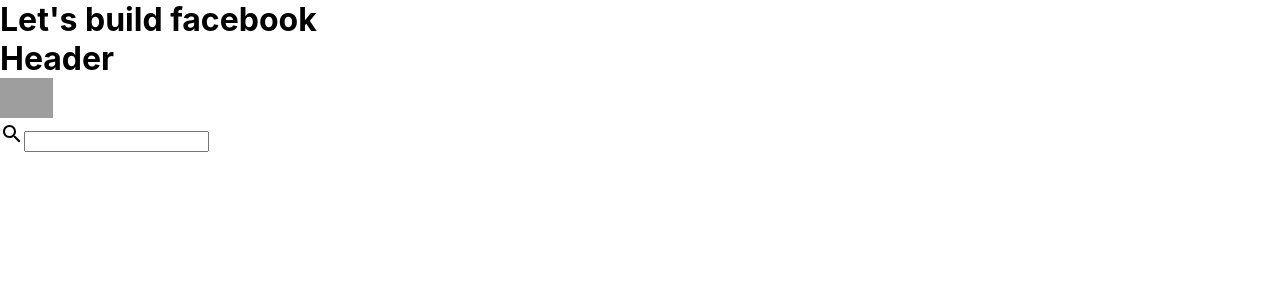
Repository: exiled-kal/FaceBook
Page: /
The author's editor kept a copy of each file at every save. The page is drawn from the files as they stood at one save, then again after a run of saves.
The browser window is 1280 px wide. The pictures show the whole page.
Pictures or frames that could not be fetched are drawn as grey boxes. The project was rebuilt for these pictures with package versions that can differ from the ones it lists, and the page was loaded fresh each time. Also part of the build but not shown: src/App.css.

Above is the page before, as saved 2020-08-29 21:36:07.

### src/App.js
import React from 'react';
import './App.css';
import Header from './Header';

function App() {
  return (
    <div className="app">
      <h1>Let's build facebook</h1>

      {/* Header */}
      <Header />
      {/* App Body */}
      {/* SideBar */}
      {/* Feed */}
      {/* Widget */}
    </div>
  );
}

export default App;

### src/Header.js
import React from 'react';
import './Header.css';
import SearchIcon from '@material-ui/icons/Search';
import HomeIcon from '@material-ui/icons/Home';
import FlagIcon from '@material-ui/icons/Flag';
import SubscriptionOutlinedIcon from '@material-ui/icons/SubscriptionsOutlined';
import StorefrontOutlinedIcon from '@material-ui/icons/StorefrontOutlined';
import SupervisedUserCircleIcon from '@material-ui/icons/SupervisedUserCircle';

function Header() {
  return (
    <div className="header">
      <h1>Header</h1>
      <div className="header__left">
        <img
          src="https://facebookbrand.com/wp-content/uploads/2019/04/f_logo_RGB-Hex-Blue_512.png?w=512&h=512"
          alt=""
        />
        <div className="header__input">
          <SearchIcon />
          <input type="text" />
        </div>
      </div>

      <div className="header__middle">
        <div className="header__option">

        </div>
      </div>

      <div className="header__right"></div>
    </div>
  );
}

export default Header;

### src/Header.css
.header__left > img {
  height: 40px;

}

Loaded but not shown: public/index.html (common file); src/index.js (common file); src/index.css (common file); src/serviceWorker.js (common file)

After the next 7 saves:
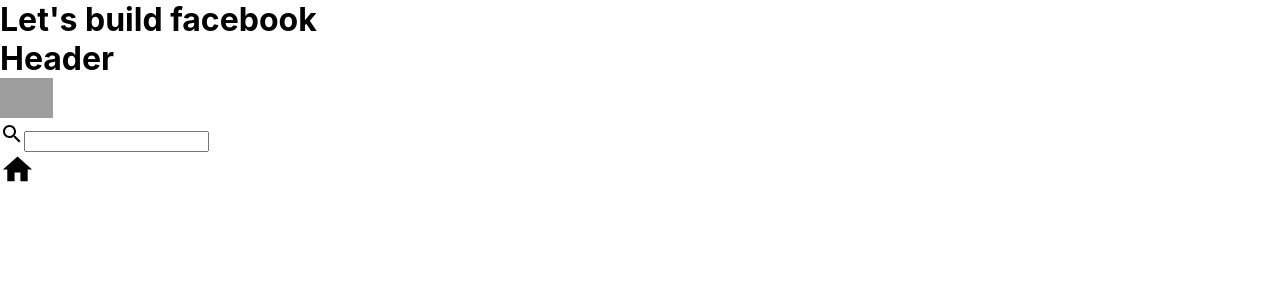
The 7 saves are shown as one change because 1 did not build or start and some came seconds apart.
The last was saved 21 s later.
--- a/src/Header.js
+++ b/src/Header.js
@@ -24,7 +24,7 @@
 
       <div className="header__middle">
         <div className="header__option">
-
+          <HomeIcon fontSize="large" />
         </div>
       </div>
 
